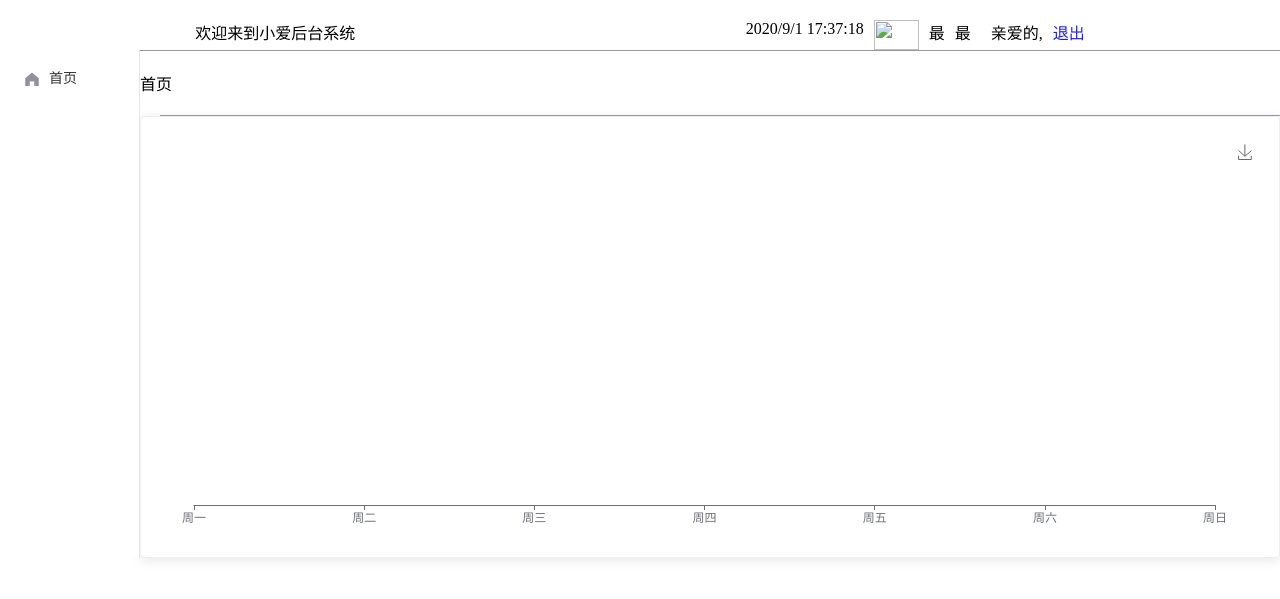
Repository: wujingwenwu/system
Page: /reports/reports
The author's editor kept a copy of each file at every save. The page is drawn from the files as they stood at one save, then again after the next save.
The browser window is 1280 px wide. The pictures show the whole page.
The page's requests for data from a server got no answer. The project was rebuilt for these pictures with package versions that can differ from the ones it lists, and the page was loaded fresh each time. No one was signed in, and anything a server would have sent is missing. Also part of the build but not shown: vue.config.js, src/views/Home.vue.

Above is the page before, as saved 2020-09-01 18:22:16.

After the next save:
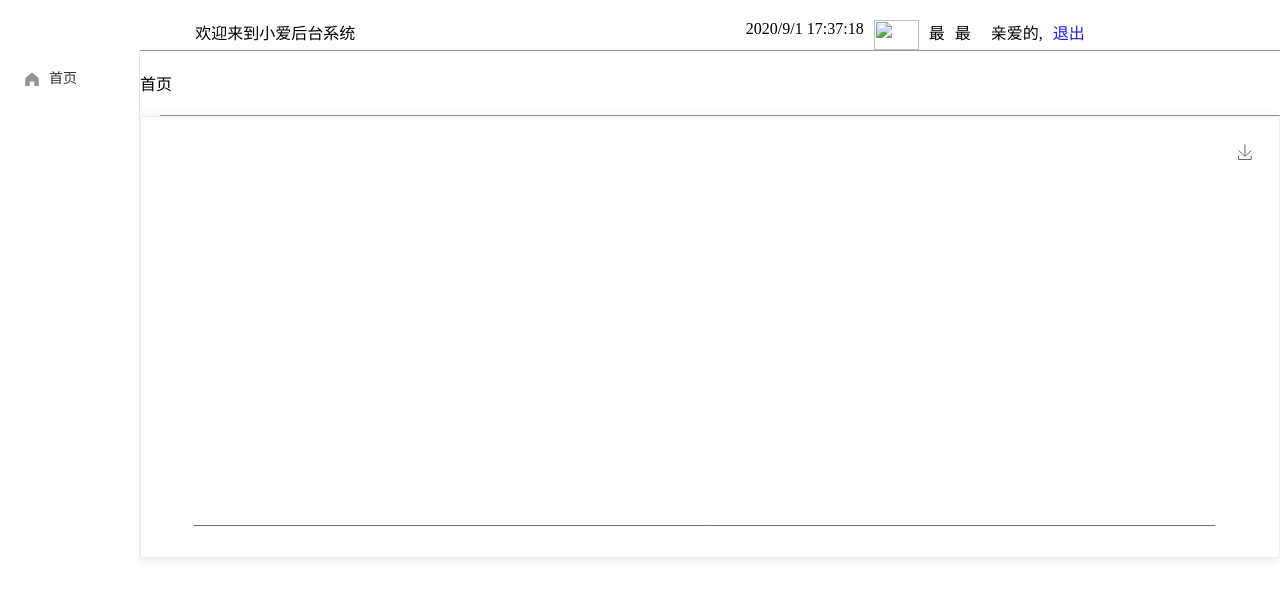
Saved 17 s later.
--- a/src/views/reports/Reports.vue
+++ b/src/views/reports/Reports.vue
@@ -58,7 +58,7 @@ const { mapState: userState, mapActions: userActions } = userModule
           {
             type: "category",
             boundaryGap: false,
-            data: ["周一", "周二", "周三", "周四", "周五", "周六", "周日"]
+            data: this.xAxis
           }
         ],
         yAxis: [
@@ -82,7 +82,7 @@ const { mapState: userState, mapActions: userActions } = userModule
 
    },
    computed: {
-     ...userState(['data','legend'])
+     ...userState(['data','legend','xAxis'])
 
    }
  }
